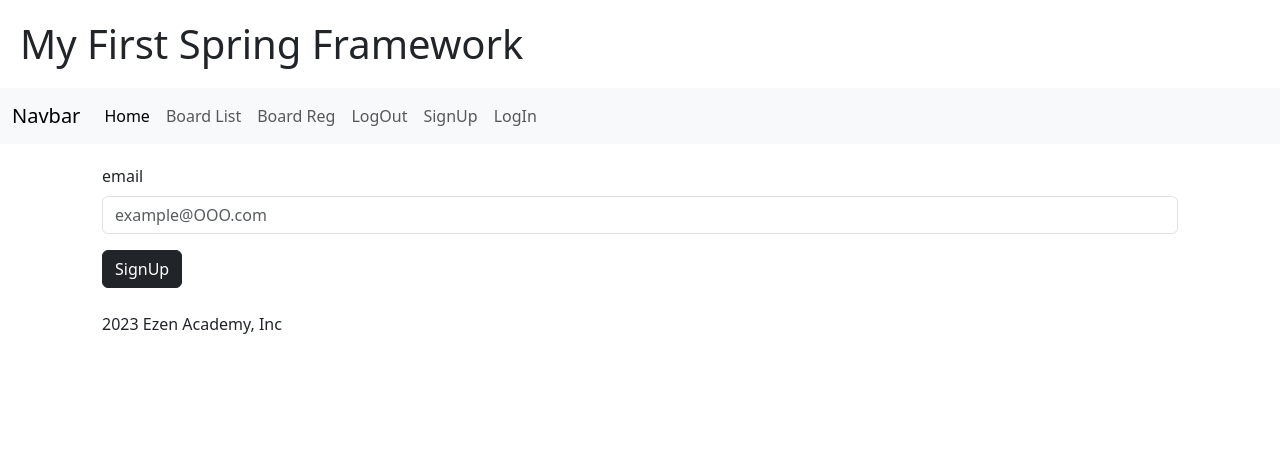
Repository: dhalfks/240115SpringProject
Page: http://localhost/spring_test2/WEB-INF/views/member/register.jsp
These files come from the project's save history. The page is drawn as it stood at one moment and after the next save; the edit follows.
The browser window is 1280 px wide. The pictures show the whole page.
The page is served by Tomcat 9. Nobody is signed in. The template is opened directly, without the code that normally fills it, so the values that code supplies are empty.

Above is the page before, as saved 2024-01-12 05:47:28.

After the next save:
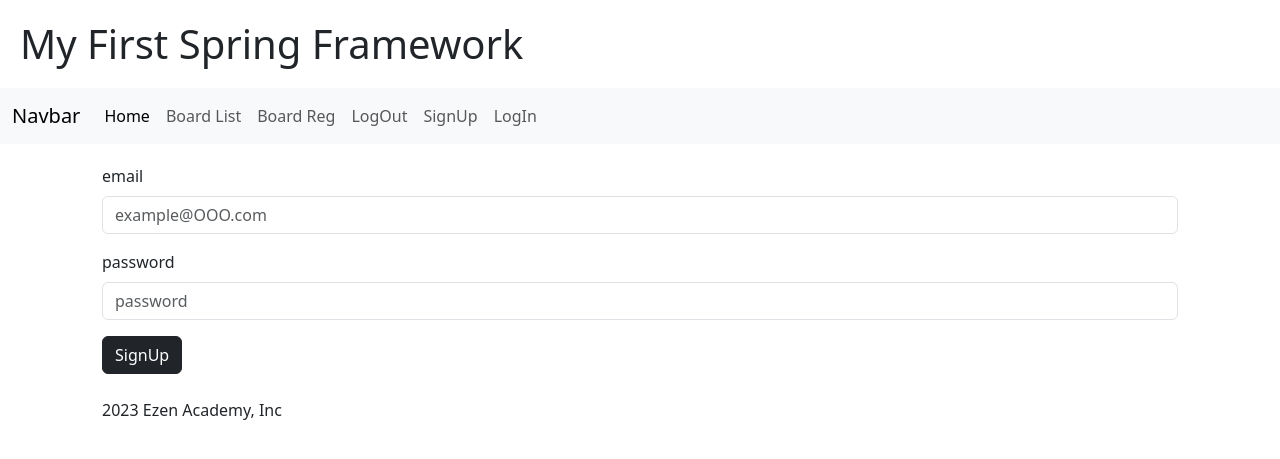
Saved 57 s later.
--- a/spring_test2/src/main/webapp/WEB-INF/views/member/register.jsp
+++ b/spring_test2/src/main/webapp/WEB-INF/views/member/register.jsp
@@ -12,6 +12,10 @@
 	  <label for="e" class="form-label">email</label>
 	  <input type="email" class="form-control" name="email" id="e" placeholder="example@OOO.com">
 	</div>
+	<div class="mb-3">
+	  <label for="p" class="form-label">password</label>
+	  <input type="password" class="form-control" name="pwd" id="p" placeholder="password">
+	</div>
 	<button type="submit" class="btn btn-dark">SignUp</button>
 </form>
 </div>
